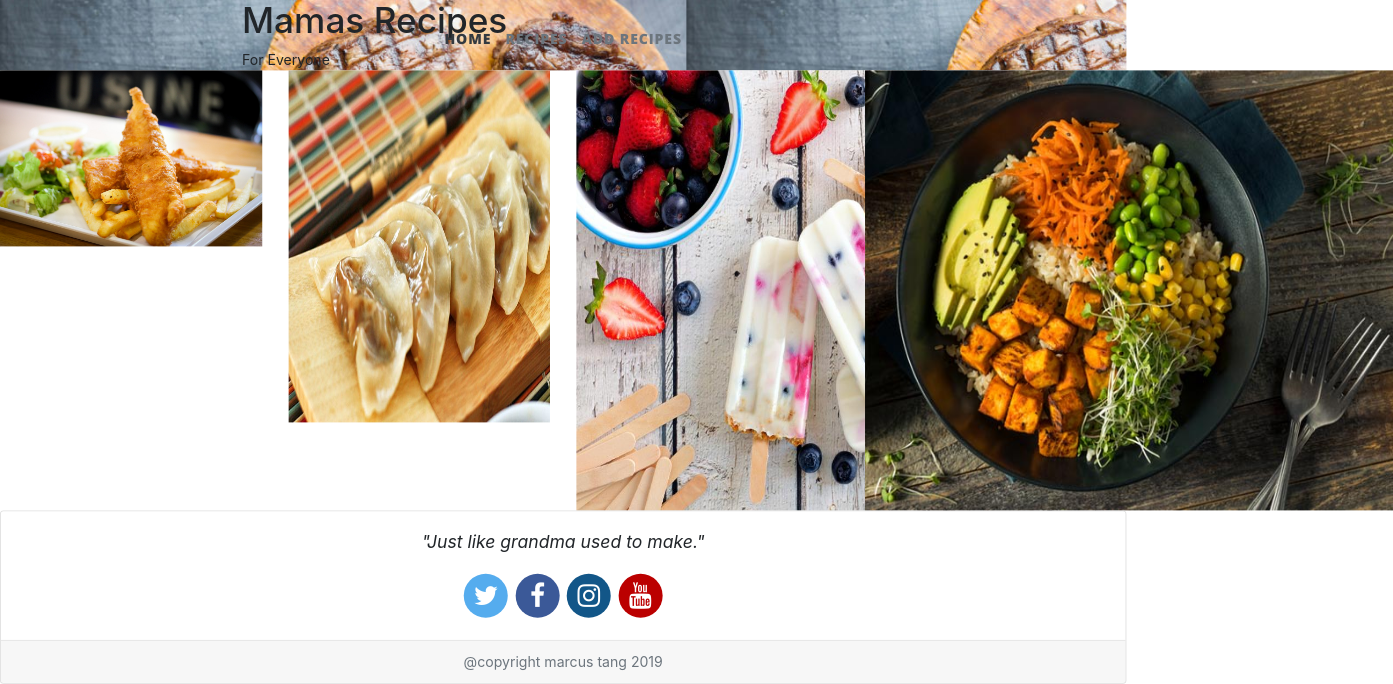
Repository: marstangg/mamasrecipes
Page: templates/index.html
The author's editor kept a record of every edit. The page is drawn from the files as they stood at one moment, then again after the next edit.
The browser window is 1280 px wide. The page is 1583 px wide, so the pictures cover 1583 px, including what lies to the right of the window. The pictures show the whole page, at 88% of full size.
Some web libraries are served in a nearby version. The template is drawn by Flask 3. The application's start-up code is not run. The template is opened directly, without the code that normally fills it, so the values that code supplies are empty.

Above is the page before.

After the next edit:
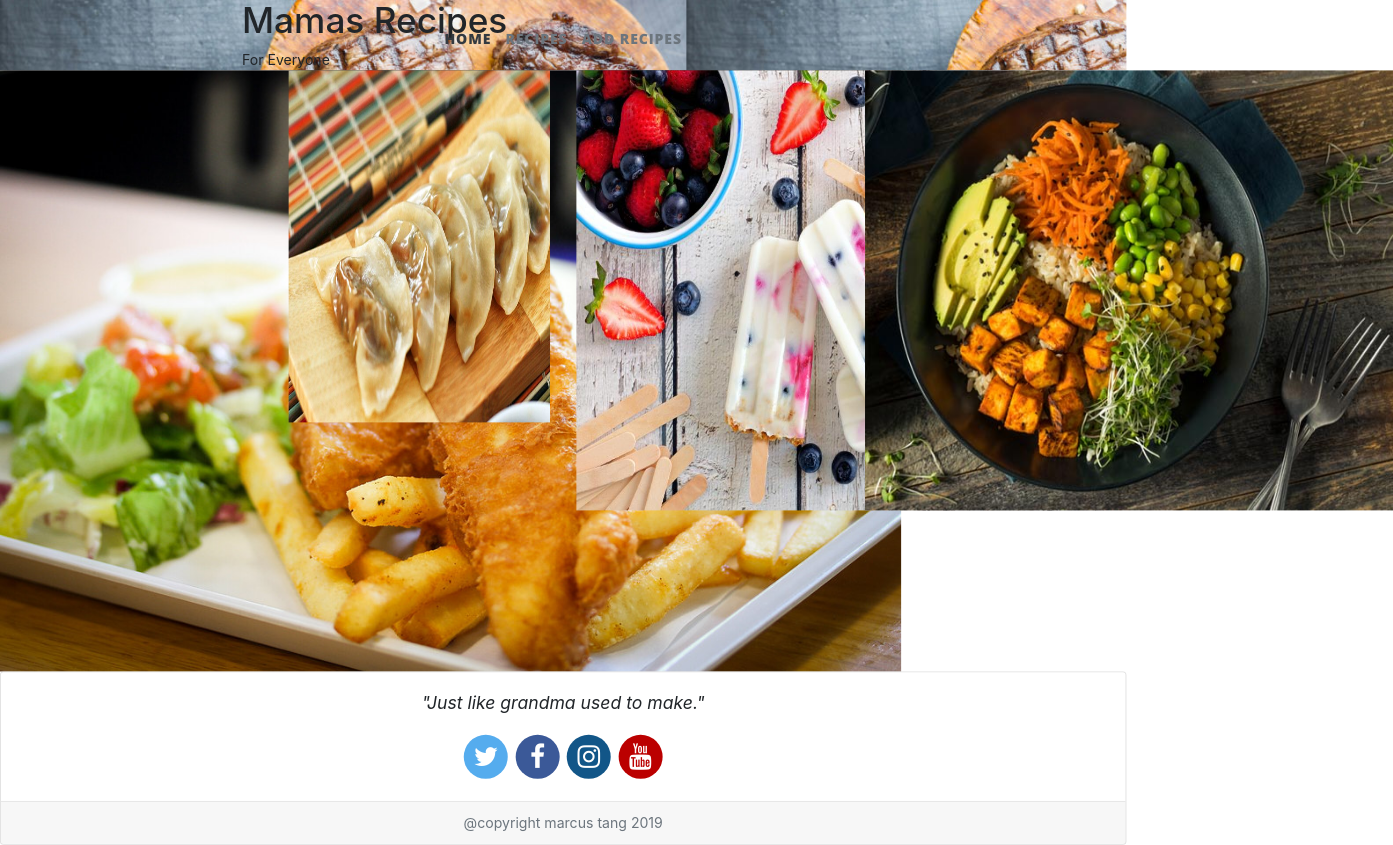
The edit:
--- a/templates/index.html
+++ b/templates/index.html
@@ -18,7 +18,7 @@
   <!--Listing-->
   <div class="row">
     <div class="col-3">
-      <img src="static/img/western.jpg" alt="western" width="100%" height="200">
+      <img src="static/img/western.jpg" alt="western">
     </div>
     <div class="col-3">
       <img src="static/img/gyoza.jpg" alt="asian" width="100%" height="400">
